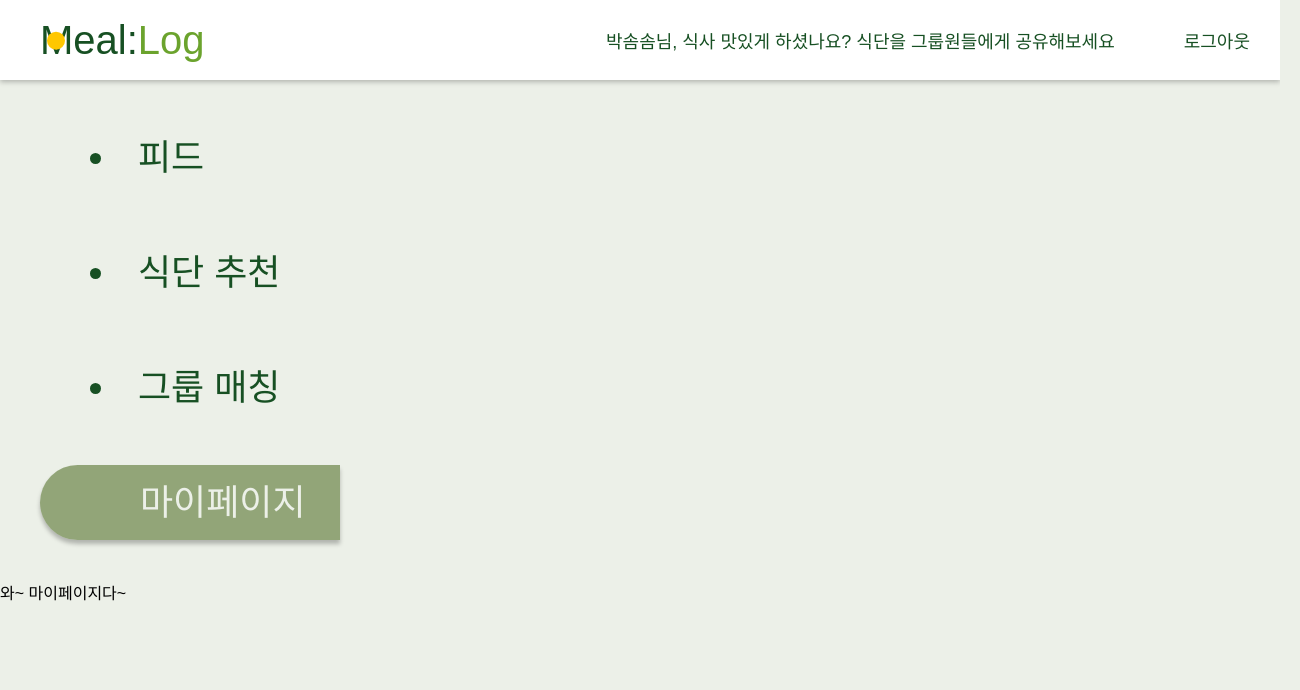
Repository: mealLog-databaseProgramming/MealLog
Page: http://localhost/meal-log/index.jsp
The author's editor kept a copy of each file at every save. The page is drawn from the files as they stood at one save, then again after the next save.
The browser window is 1280 px wide. The page is 1280 px wide, then 1300 px, so the pictures cover 1300 px, including what lies to the right of the window. The pictures show the whole page.
Some icons come from a web library that is not loaded, so they are not drawn. Some web fonts or font styles are not loaded; a fallback is used. The page is served by Tomcat 9.

Above is the page before, as saved 2022-09-29 16:13:53.

### meal-log/src/main/webapp/index.jsp
<%@ page language="java" contentType="text/html; charset=UTF-8"
    pageEncoding="UTF-8"%>
<!DOCTYPE html>
<html>
<head>
<meta charset="UTF-8">
<title>meal:log</title>
<link rel="stylesheet" href="resources/css/index.css"/>
	<script src="https://code.iconify.design/iconify-icon/1.0.0/iconify-icon.min.js"></script>
	<link rel="apple-touch-icon" sizes="57x57" href="resources/favicon/apple-icon-57x57.png">
	<link rel="apple-touch-icon" sizes="60x60" href="resources/favicon//apple-icon-60x60.png">
	<link rel="apple-touch-icon" sizes="72x72" href="resources/favicon//apple-icon-72x72.png">
	<link rel="apple-touch-icon" sizes="76x76" href="resources/favicon//apple-icon-76x76.png">
	<link rel="apple-touch-icon" sizes="114x114" href="resources/favicon//apple-icon-114x114.png">
	<link rel="apple-touch-icon" sizes="120x120" href="resources/favicon//apple-icon-120x120.png">
	<link rel="apple-touch-icon" sizes="144x144" href="resources/favicon//apple-icon-144x144.png">
	<link rel="apple-touch-icon" sizes="152x152" href="resources/favicon//apple-icon-152x152.png">
	<link rel="apple-touch-icon" sizes="180x180" href="resources/favicon//apple-icon-180x180.png">
	<link rel="icon" type="image/png" sizes="192x192"  href="resources/favicon//android-icon-192x192.png">
	<link rel="icon" type="image/png" sizes="32x32" href="resources/favicon//favicon-32x32.png">
	<link rel="icon" type="image/png" sizes="96x96" href="resources/favicon//favicon-96x96.png">
	<link rel="icon" type="image/png" sizes="16x16" href="resources/favicon//favicon-16x16.png">
	<link rel="manifest" href="resources/favicon//manifest.json">
	<meta name="msapplication-TileColor" content="#ffffff">
	<meta name="msapplication-TileImage" content="resources/favicon//ms-icon-144x144.png">
	<meta name="theme-color" content="#ffffff">
</head>
<body>
	<div class='Header'>
		<div class='title'>
			<div class='yolk'></div>
			<iconify-icon icon="fluent:food-egg-24-regular"></iconify-icon>
			Meal:<span>Log</span>
		</div>
		<div class='greet'>
			<iconify-icon icon="healthicons:ui-user-profile"></iconify-icon>
			박솜솜님, 식사 맛있게 하셨나요? 식단을 그룹원들에게 공유해보세요
			<div class='logout'>
				<iconify-icon icon="icon-park:logout"></iconify-icon>
				로그아웃
			</div>
		</div>

	</div>
	<div class='Nav'>
		<ul>
			<li>피드</li>
			<li>식단 추천</li>
			<li>그룹 매칭</li>
			<li><span>마이페이지</span></li>
		</ul>
	</div>
	<div class='Content'>
		<jsp:include page="/WEB-INF/mypage/mypage.jsp"/> <!-- 알갱이 만든걸 여기 경로 넣어서 적용 -->
	</div>
</body>
</html>

### meal-log/src/main/webapp/WEB-INF/mypage/mypage.jsp
<%@ page language="java" contentType="text/html; charset=UTF-8"
    pageEncoding="UTF-8"%>
<!DOCTYPE html>
<html>
<head>
<meta charset="UTF-8">
<title>Insert title here</title>
</head>
<body>
와~ 마이페이지다~
</body>
</html>

### meal-log/src/main/webapp/resources/css/index.css
@charset "UTF-8";
@import url('https://fonts.googleapis.com/css2?family=Jua&family=Nanum+Gothic:wght@400;700;800&display=swap');

* {
	font-family: 'Nanum Gothic', sans-serif;
	font-weight: 400;

	padding: 0;
	margin: 0;
}
body {
	-webkit-user-select:none;
	-moz-user-select:none;
	-ms-user-select:none;
	user-select:none;

	overflow-x: hidden;

	background: #ECF0E8;
}

.Header {
	width: 100vw; height: 80px;

	background: #FFFFFF;
	box-shadow: 0px 2px 5px rgba(0, 0, 0, 0.25);

	font-size: 18px;
	color: #175023;

	display: flex;
	align-items: center;
	justify-content: space-between;

	z-index: 10;
}
.Header>div, .Header .logout {
	display: flex;
	align-items: center;
}
.Header>div:first-child{ margin-left: 30px; }
.Header>div:last-child{ margin-right: 30px; }

.Header iconify-icon {
	margin-right: 10px;
}

.Header .title, .Header .title span {
	font-family: 'Jua', sans-serif;
	font-size: 40px;
	color: #175023;
}
.Header .title span {
	color: #6BA32D;
}
.Header .title iconify-icon {
	font-size: 50px;
	z-index: 2;
}
.Header .title .yolk{
	width: 18px; height:18px;

	background: #FFC700;
	border-radius: 50%;

	position: absolute;
	transform: translate(17px, 0.7px);
}


.Header .greet {
	margin-right: 5vw;
}
.Header .greet iconify-icon {
	font-size: 40px;
}
.Header .logout {
	margin-left: 5vw;
}
.Header .logout iconify-icon {
	font-size: 25px;
	margin-right: 5px;
}
.Header .logout:hover {
	font-weight: 700;
}

@media screen and (max-width: 1000px) {
	.Header .greet {
		color: #FFFFFF;
		font-size: 0px;
	}
	.Header .logout {
		color: #175023;
		font-size: 18px;
	}
	.Header > div {
		margin-left: 3vw; margin-right: 5vw;
	}
}


.Nav {
	display: inline-block;
	list-style: inside;

	font-size: 36px;
	color: #175023;
}
 .Nav li span {
 	font-family: 'Jua', sans-serif;
 }
.Nav li{
	font-family: 'Jua', sans-serif;
	padding-left: 50px;
	line-height: 75px;

	margin: 40px;
	margin-right: 0px;
}

.Nav li:last-child {
	list-style: none;
	padding-left: 100px;

	color: #ECF0E8;

	background: rgba(59, 92, 10, 0.5);
	box-shadow: 0px 4px 4px 0px #00000040;
	width: 200px; height: 75px;

	border-top-left-radius: 50px;
	border-bottom-left-radius: 50px;
}

.Content {
	display: inline-block;
	width: 1200px;
}

After the next save:
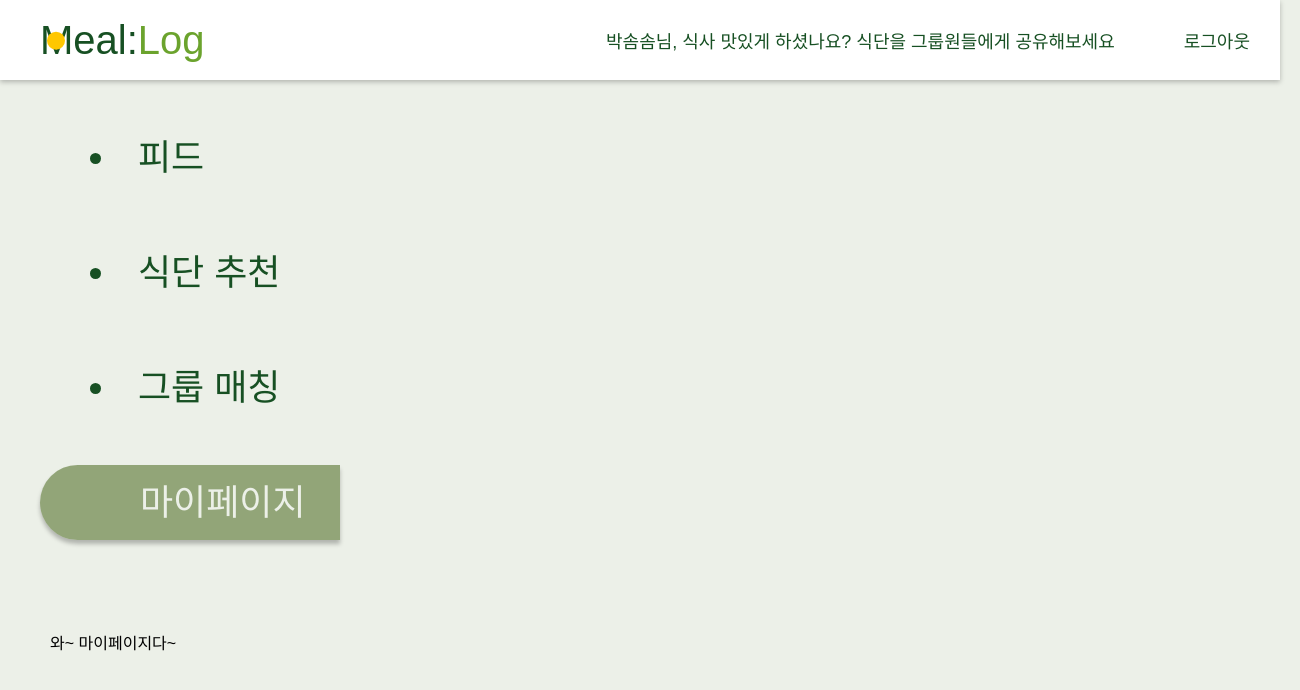
Saved 62 s later.
--- a/meal-log/src/main/webapp/resources/css/index.css
+++ b/meal-log/src/main/webapp/resources/css/index.css
@@ -136,4 +136,5 @@ body {
 .Content {
 	display: inline-block;
 	width: 1200px;
+	padding: 50px;
 }
